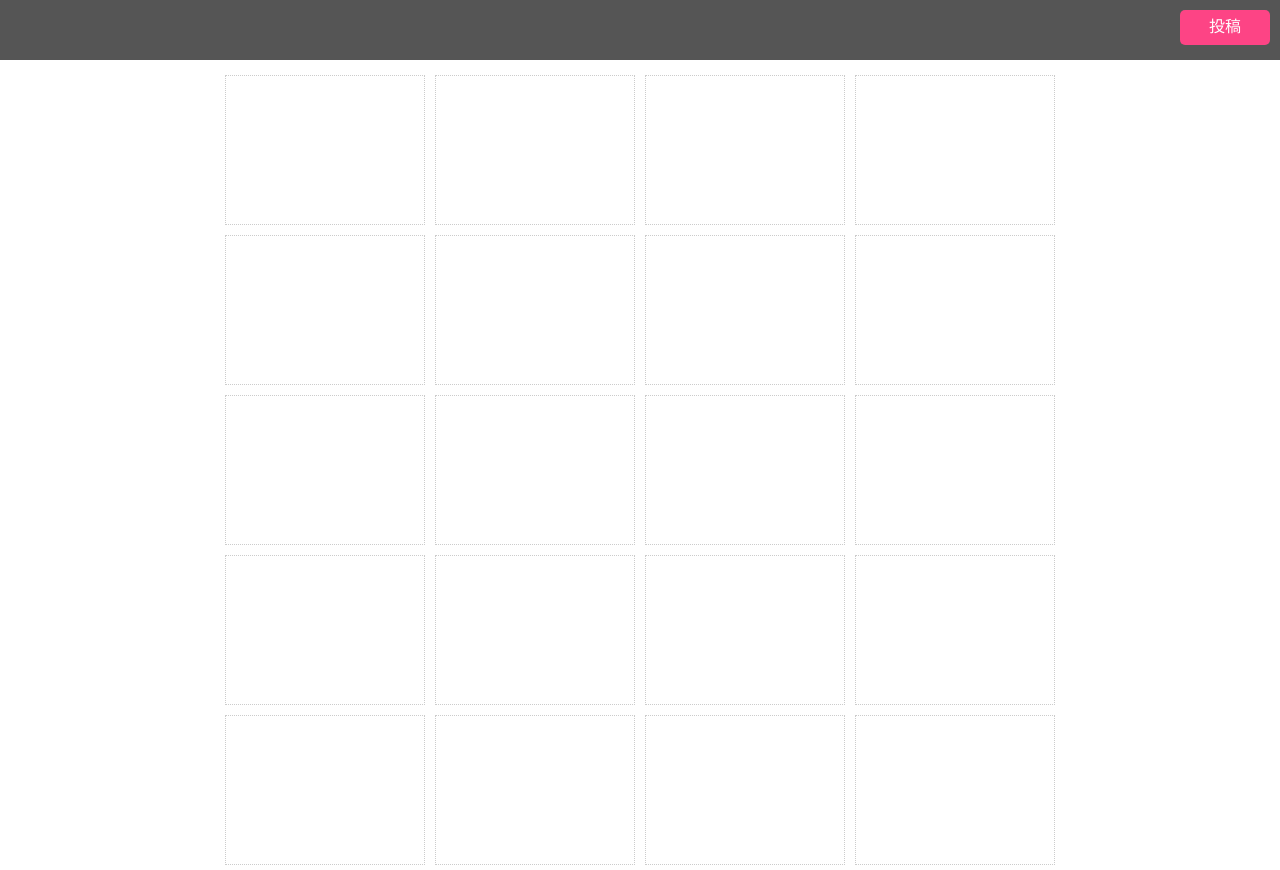
Repository: masaharu0090/yuibon_001
Page: http://localhost/html/index.php
An editor plug-in stored every save of this project. The page is shown before and after the next save, followed by the edit.
The browser window is 1280 px wide. The pictures show the whole page.
The page is run by PHP 8.4 with error messages shown; the project is at /var/www/html/. Queries for data that is not in the repository find no rows.

Above is the page before, as saved 2023-08-01 16:40:48.

### ImagePosting_08.04/html/index.php
<!DOCTYPE html>
<html lang="ja">
<head>
  <meta charset="UTF-8">
  <meta http-equiv="X-UA-Compatible" content="IE=edge">
  <meta name="viewport" content="width=device-width, initial-scale=1.0">
  <link rel="stylesheet" href="../style.css">
  <title>画像投稿アプリ</title>
</head>
<body>
  <?php include('../dbConfig.php') ?>
  <?php include('../getDatas.php') ?>
  <?php include('./header.php') ?>
  <div class="imageList">
    <?php
      $imageCount = count($data); // 画像の数を取得
      $maxImageCount = 10; // 最大画像数を設定
      for ($i = 0; $i < $maxImageCount; $i++) {
        if ($i < $imageCount) {
          $image = $data[$i];
          echo '<a href="./imageDetail.php?id=' . $image['id'] . '"><img src="../images/' . $image['file_name'] . '" alt="投稿画像"></a>';
        } else {
          echo '<div class="emptyImageFrame"></div>'; // 画像がない場合の空の枠
        }
      }
    ?>
    <!-- グレーの点線枠の追加 -->
    <?php for ($i = $imageCount; $i < $maxImageCount; $i++) { ?>
      <div class="emptyImageFrame"></div>
    <?php } ?>
  </div>
</body>
</html>

### ImagePosting_08.04/dbConfig.php
<?php

$dbName = "mysql:host=localhost;dbname=imageposting";
$userName = "yuibonn_user";
$password = "yuibonn0900";

try {
    $db = new PDO($dbName, $userName, $password);
} catch (\Throwable $th) {
    exit();
}

### ImagePosting_08.04/getDatas.php
<?php

$uri = $_SERVER['REQUEST_URI'];

if (strpos($uri, 'imageDetail.php') !== false) {
    $imageId = $_GET['id'];
    $sql = "SELECT * FROM images WHERE id = " . $imageId;

    $sth = $db->prepare($sql);
    $sth->execute();
    $data['image'] = $sth->fetch();

    $sql2 = "SELECT * FROM comments WHERE image_id = " . $imageId . " ORDER BY create_date DESC";

    $sth = $db->prepare($sql2);
    $sth->execute();
    $data['comments'] = $sth->fetchAll();
    $countComment = count($data['comments']);
} else {
    $sql = "SELECT * FROM images ORDER BY create_date DESC";

    $sth = $db->prepare($sql);
    $sth->execute();
    $data = $sth->fetchAll();
}

return $data;

### ImagePosting_08.04/html/header.php
<!DOCTYPE html>
<html lang="ja">
<head>
  <meta charset="UTF-8">
  <meta http-equiv="X-UA-Compatible" content="IE=edge">
  <meta name="viewport" content="width=device-width, initial-scale=1.0">
  <link rel="stylesheet" href="../style.css">
  <title>画像投稿アプリ</title>
</head>
<body>
  <div class="header">
    <button class="postImage" onclick="location.href='./postImageForm.php';">投稿</button>
  </div>
</body>
</html>

### ImagePosting_08.04/style.css
/*! destyle.css v3.0.2 | MIT License | https://github.com/nicolas-cusan/destyle.css */

/* Reset box-model and set borders */
/* ============================================ */

*,
::before,
::after {
  box-sizing: border-box;
  border-style: solid;
  border-width: 0;
}

/* Document */
/* ============================================ */

/**
 * 1. Correct the line height in all browsers.
 * 2. Prevent adjustments of font size after orientation changes in iOS.
 * 3. Remove gray overlay on links for iOS.
 */

html {
  line-height: 1.15; /* 1 */
  -webkit-text-size-adjust: 100%; /* 2 */
  -webkit-tap-highlight-color: transparent; /* 3*/
}

/* Sections */
/* ============================================ */

/**
 * Remove the margin in all browsers.
 */

body {
  margin: 0;
}

/**
 * Render the `main` element consistently in IE.
 */

main {
  display: block;
}

/* Vertical rhythm */
/* ============================================ */

p,
table,
blockquote,
address,
pre,
iframe,
form,
figure,
dl {
  margin: 0;
}

/* Headings */
/* ============================================ */

h1,
h2,
h3,
h4,
h5,
h6 {
  font-size: inherit;
  font-weight: inherit;
  margin: 0;
}
/* Lists (enumeration) */
/* ============================================ */


ul,
ol {
  margin: 0;
  padding: 0;
  list-style: none;
}

/* Lists (definition) */
/* ============================================ */

dt {
  font-weight: bold;
}

dd {
  margin-left: 0;
}

/* Grouping content */
/* ============================================ */

/**
 * 1. Add the correct box sizing in Firefox.
 * 2. Show the overflow in Edge and IE.
 */

hr {
  box-sizing: content-box; /* 1 */
  height: 0; /* 1 */
  overflow: visible; /* 2 */
  border-top-width: 1px;
  margin: 0;
  clear: both;
  color: inherit;
}

/**
 * 1. Correct the inheritance and scaling of font size in all browsers.
 * 2. Correct the odd `em` font sizing in all browsers.
 */

pre {
  font-family: monospace, monospace; /* 1 */
  font-size: inherit; /* 2 */
}

address {
  font-style: inherit;
}

/* Text-level semantics */
/* ============================================ */

/**
 * Remove the gray background on active links in IE 10.
 */

a {
  background-color: transparent;
  text-decoration: none;
  color: inherit;
}

/**
 * 1. Remove the bottom border in Chrome 57-
 * 2. Add the correct text decoration in Chrome, Edge, IE, Opera, and Safari.
 */

abbr[title] {
  text-decoration: underline dotted; /* 2 */
}

/**
 * Add the correct font weight in Chrome, Edge, and Safari.
 */

b,
strong {
  font-weight: bolder;
}

/**
 * 1. Correct the inheritance and scaling of font size in all browsers.
 * 2. Correct the odd `em` font sizing in all browsers.
 */

code,
kbd,
samp {
  font-family: monospace, monospace; /* 1 */
  font-size: inherit; /* 2 */
}

/**
 * Add the correct font size in all browsers.
 */

small {
  font-size: 80%;
}

/**
 * Prevent `sub` and `sup` elements from affecting the line height in
 * all browsers.
 */

sub,
sup {
  font-size: 75%;
  line-height: 0;
  position: relative;
  vertical-align: baseline;
}

sub {
  bottom: -0.25em;
}

sup {
  top: -0.5em;
}

/* Replaced content */
/* ============================================ */

/**
 * Prevent vertical alignment issues.
 */

svg,
img,
embed,
object,
iframe {
  vertical-align: bottom;
}

/* Forms */
/* ============================================ */

/**
 * Reset form fields to make them styleable.
 * 1. Make form elements stylable across systems iOS especially.
 * 2. Inherit text-transform from parent.
 */

button,
input,
optgroup,
select,
textarea {
  -webkit-appearance: none; /* 1 */
  appearance: none;
  vertical-align: middle;
  color: inherit;
  font: inherit;
  background: transparent;
  padding: 0;
  margin: 0;
  border-radius: 0;
  text-align: inherit;
  text-transform: inherit; /* 2 */
}

/**
 * Reset radio and checkbox appearance to preserve their look in iOS.
 */

[type="checkbox"] {
  -webkit-appearance: checkbox;
  appearance: checkbox;
}

[type="radio"] {
  -webkit-appearance: radio;
  appearance: radio;
}

/**
 * Correct cursors for clickable elements.
 */

button,
[type="button"],
[type="reset"],
[type="submit"] {
  cursor: pointer;
}

button:disabled,
[type="button"]:disabled,
[type="reset"]:disabled,
[type="submit"]:disabled {
  cursor: default;
}

/**
 * Improve outlines for Firefox and unify style with input elements & buttons.
 */

:-moz-focusring {
  outline: auto;
}

select:disabled {
  opacity: inherit;
}

/**
 * Remove padding
 */

option {
  padding: 0;
}

/**
 * Reset to invisible
 */

fieldset {
  margin: 0;
  padding: 0;
  min-width: 0;
}

legend {
  padding: 0;
}

/**
 * Add the correct vertical alignment in Chrome, Firefox, and Opera.
 */

progress {
  vertical-align: baseline;
}

/**
 * Remove the default vertical scrollbar in IE 10+.
 */

textarea {
  overflow: auto;
}

/**
 * Correct the cursor style of increment and decrement buttons in Chrome.
 */

[type="number"]::-webkit-inner-spin-button,
[type="number"]::-webkit-outer-spin-button {
  height: auto;
}

/**
 * 1. Correct the outline style in Safari.
 */

[type="search"] {
  outline-offset: -2px; /* 1 */
}

/**
 * Remove the inner padding in Chrome and Safari on macOS.
 */

[type="search"]::-webkit-search-decoration {
  -webkit-appearance: none;
}

/**
 * 1. Correct the inability to style clickable types in iOS and Safari.
 * 2. Fix font inheritance.
 */

::-webkit-file-upload-button {
  -webkit-appearance: button; /* 1 */
  font: inherit; /* 2 */
}

/**
 * Clickable labels
 */

label[for] {
  cursor: pointer;
}

/* Interactive */
/* ============================================ */

/*
 * Add the correct display in Edge, IE 10+, and Firefox.
 */

details {
  display: block;
}

/*
 * Add the correct display in all browsers.
 */

summary {
  display: list-item;
}

/*
 * Remove outline for editable content.
 */

[contenteditable]:focus {
  outline: auto;
}

/* Tables */
/* ============================================ */

/**
1. Correct table border color inheritance in all Chrome and Safari.
*/

table {
  border-color: inherit; /* 1 */
  border-collapse: collapse;
}

caption {
  text-align: left;
}

td,
th {
  vertical-align: top;
  padding: 0;
}

th {
  text-align: left;
  font-weight: bold;
}

/* 共通CSS */
/* ヘッダーCSS */
.header {
  width: 100%;
  height: 60px;
  background-color: #555555;
  display: flex;
  justify-content: end;
}

.postImage {
  margin: 10px;
}

/* 画像投稿アプリ用buttonタグCSS */
button {
  color: #fff;
  background-color: #fd4485;
  width: 90px;
  height: 35px;
  text-align: center;
  border-radius: 5px;
}

/* 画像一覧ページ */
.imageList {
  width: 80%;
  margin: 10px auto 0 auto;
  display: flex;
  flex-wrap: wrap;
  justify-content: center;
  align-items: center;
}

.imageList img {
  width: 300px;
  height: 200px;
  object-fit: cover;
  margin: 10px;
  cursor: pointer;
}

.imageList img:hover {
  opacity: 70%;
}

.customDiv {
  display: flex;
  flex-wrap: wrap;
  justify-content: center;
  align-items: center;
}

.emptyImageFrame {
  width: 200px; /* 枠の幅 */
  height: 150px; /* 枠の高さ */
  border: 1px dotted #ccc; /* 点線のグレー枠 */
  margin: 5px; /* 枠の間隔 */
}

/* 画像一覧ページ.ページネーション */
.pagination {
  display: flex;
  justify-content: center;
}

.pagination li {
  display: inline;
  padding:10px 15px;
  margin: 3px;
  border:1px #ccc solid;color:#000053;
  border-radius: 5px;
  cursor: pointer;
}

/* 画像詳細ページ */
.detailImageBox {
  width: 80%;
  margin: 50px auto 0 auto;
  text-align: center;
  display: flex;
}

/* 画像 */
.detailImage {
  width: 60%;
}

.detailImage img {
  width: 100%;
  height: 460px;
  object-fit: cover;
}

.detailImagButton {
  width: 50%;
  margin: 10px auto 30px auto;
  display: flex;
  justify-content: space-around;
}

.updateButton {
  background-color: #78E40C;
}

.deleteButton {
  background-color: #FF0000;
}

/* 画像詳細ページ.コメント */
.comment {
  width: 40%;
  margin-left: 40px;
  text-align: left;
  list-style: none;
}

.comment ul {
  height: 280px;
  overflow-y: scroll;
}

.commentTitle {
  font-size: 20px;
  font-weight: bold;
  margin-bottom: 30px;
}

.comment li {
  margin-bottom: 20px;
}

textarea {
  width: 90%;
  height: 100px;
  resize: none;
  border: 1px solid #ccc;
  margin: 20px 0;
  border-radius: 5px;
}

.submitComment {
  width: 100%;
  margin: 0 auto;
  text-align: center;
}

.submitImage {
  width: 60%;
  margin: 100px auto 0 auto;
  text-align: center;
}

#preview {
  margin: 0 auto;
  width: 400px;
  height: 280px;
  object-fit: cover;
  border: 1px dashed #ccc;
}

.submitImage input {
  width: 90%;
  border: 1px dashed #ccc;
  margin: 50px;
}

.backButton {
  margin-top: 30px;
}

After the next save:
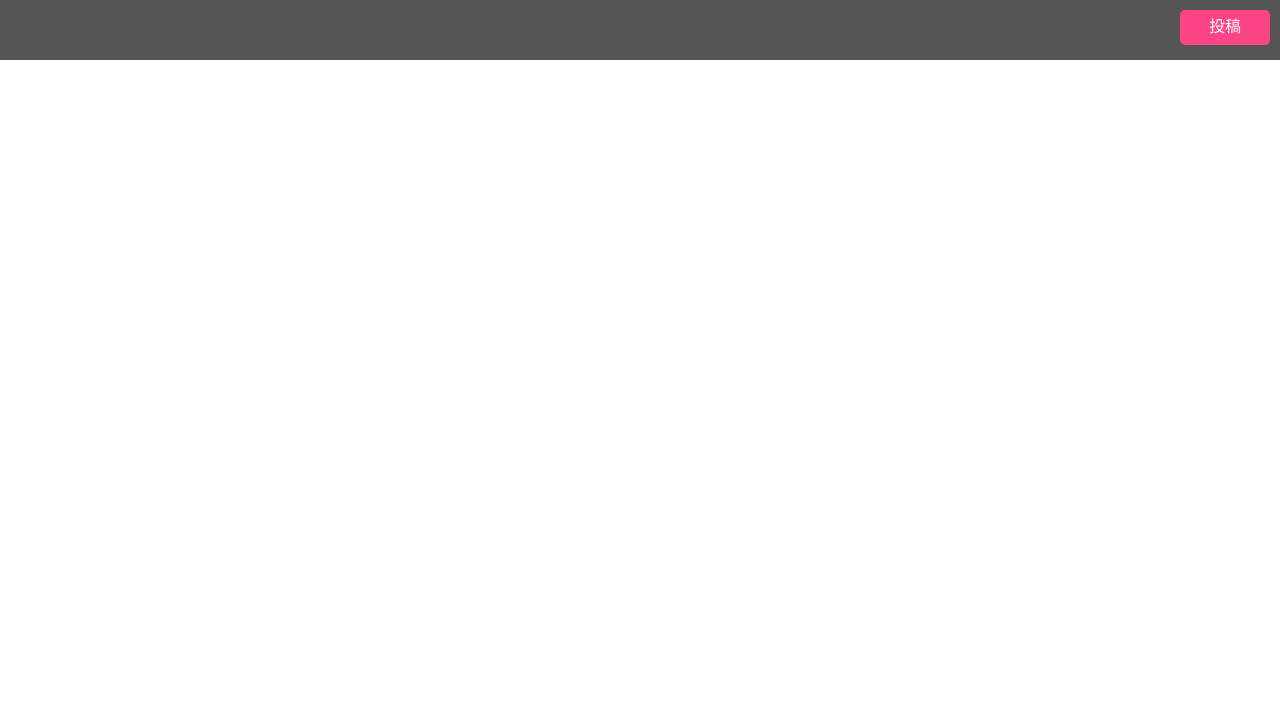
Saved 119 s later.
--- a/ImagePosting_08.04/html/index.php
+++ b/ImagePosting_08.04/html/index.php
@@ -12,22 +12,9 @@
   <?php include('../getDatas.php') ?>
   <?php include('./header.php') ?>
   <div class="imageList">
-    <?php
-      $imageCount = count($data); // 画像の数を取得
-      $maxImageCount = 10; // 最大画像数を設定
-      for ($i = 0; $i < $maxImageCount; $i++) {
-        if ($i < $imageCount) {
-          $image = $data[$i];
-          echo '<a href="./imageDetail.php?id=' . $image['id'] . '"><img src="../images/' . $image['file_name'] . '" alt="投稿画像"></a>';
-        } else {
-          echo '<div class="emptyImageFrame"></div>'; // 画像がない場合の空の枠
-        }
-      }
-    ?>
-    <!-- グレーの点線枠の追加 -->
-    <?php for ($i = $imageCount; $i < $maxImageCount; $i++) { ?>
-      <div class="emptyImageFrame"></div>
-    <?php } ?>
-  </div>
+    <?php foreach ($data as $image) { ?>
+      <a href="./imageDetail.php?id=<?php echo $image['id']; ?>"><img src="../images/<?php echo $image['file_name']; ?>" alt="投稿画像"></a>
+    <?php }; ?>
+</div>
 </body>
 </html>

After the save that followed:
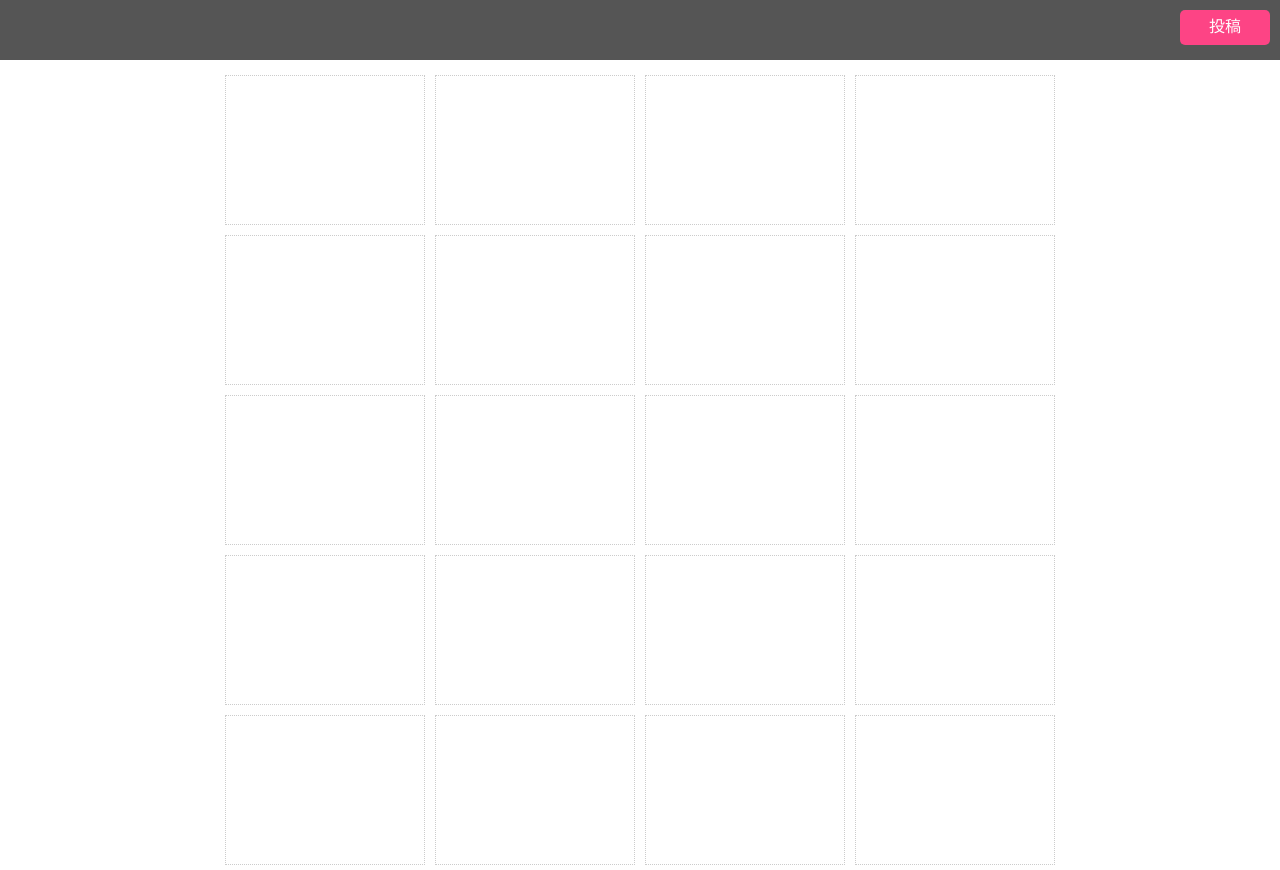
Saved 109 s later.
--- a/ImagePosting_08.04/html/index.php
+++ b/ImagePosting_08.04/html/index.php
@@ -12,9 +12,22 @@
   <?php include('../getDatas.php') ?>
   <?php include('./header.php') ?>
   <div class="imageList">
-    <?php foreach ($data as $image) { ?>
-      <a href="./imageDetail.php?id=<?php echo $image['id']; ?>"><img src="../images/<?php echo $image['file_name']; ?>" alt="投稿画像"></a>
-    <?php }; ?>
-</div>
+    <?php
+      $imageCount = count($data); // 画像の数を取得
+      $maxImageCount = 10; // 最大画像数を設定
+      for ($i = 0; $i < $maxImageCount; $i++) {
+        if ($i < $imageCount) {
+          $image = $data[$i];
+          echo '<a href="./imageDetail.php?id=' . $image['id'] . '"><img src="../images/' . $image['file_name'] . '" alt="投稿画像"></a>';
+        } else {
+          echo '<div class="emptyImageFrame"></div>'; // 画像がない場合の空の枠
+        }
+      }
+    ?>
+    <!-- グレーの点線枠の追加 -->
+    <?php for ($i = $imageCount; $i < $maxImageCount; $i++) { ?>
+      <div class="emptyImageFrame"></div>
+    <?php } ?>
+  </div>
 </body>
 </html>
